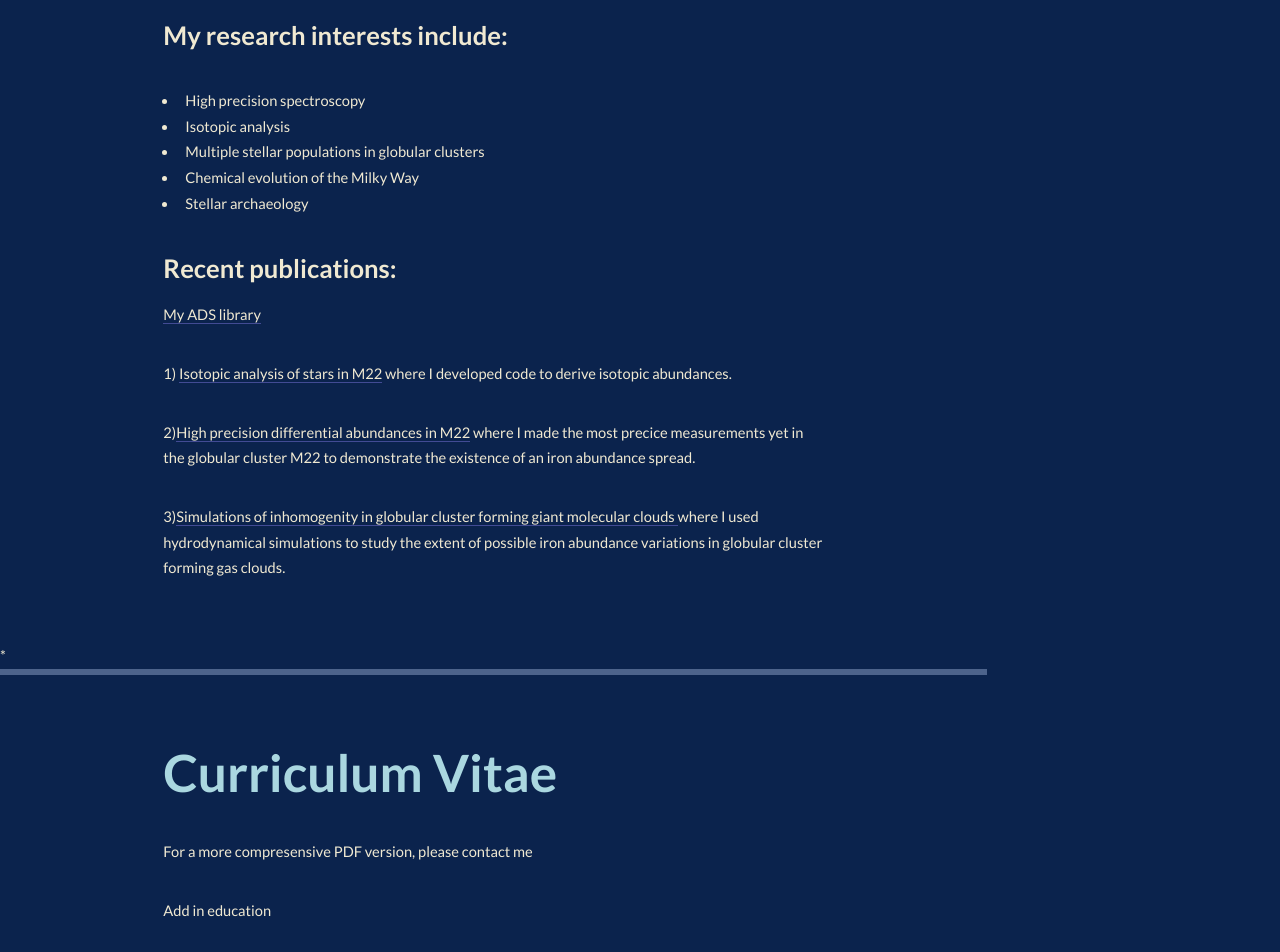
Repository: madeleine-mckenzie/madeleine-mckenzie.github.io
Page: index.html
These files come from the project's save history. The page is drawn as it stood at one moment and after the next save; the edit follows.
The browser window is 1280 px wide. The pictures show the part of the page from y = 1173 to 2125 px (the page is 2989 px tall).
Backgrounds fixed to the window are drawn as part of the page.

Above is the page before, as saved 2023-11-12 16:18:07.

### index.html
<!DOCTYPE HTML>
<!--
    Read Only by HTML5 UP
    html5up.net | @ajlkn
    Free for personal and commercial use under the CCA 3.0 license (html5up.net/license)
-->
<html>
    <head>
        <title>M. McKenzie</title>
        <meta charset="utf-8" />
        <meta name="viewport" content="width=device-width, initial-scale=1, user-scalable=no" />
        <link rel="stylesheet" href="assets/css/main.css" />
        <style>
            /* Custom style */
            body {
                background: url('images/2023_ANU_3MT_20230727_ANU2022 3.jpg') no-repeat center center fixed;
                background-size: cover;
            }
        </style>
    </head>
    <body class="is-preload">

        <!-- Header -->
        <section id="header">
            <header>
                <!-- Avatar image next to name -->
                <span class="image avatar"><img src="images/IG_DP.jpeg" alt="Madeleine L. McKenzie" /></span>
                <h1>Madeleine L. McKenzie</h1>
                <p>PhD candidate at the Australian National University </p>
                <p> <a href="mailto:madeleine.mckenzie@anu.edu.au">madeleine.mckenzie@anu.edu.au</a></p>
            </header>
            <nav id="nav">
                <ul>
                    <li><a href="#one" class="active">About</a></li>
                    <li><a href="#two">My Research</a></li>
                    <li><a href="#three">CV</a></li>
                    <li><a href="#four">Resources</a></li>
                    <li><a href="#five">Contact</a></li>
                </ul>
            </nav>
        </section>

        <!-- Wrapper -->
        <div id="wrapper">

            <!-- Main -->
            <div id="main">

                <!-- One -->
                <section id="one">
                    <div class="image main" data-position="center">
                        <!-- Top banner image -->
                        <img src="images/2023_ANU_3MT_20230727_ANU2022.jpg" alt="" />
                    </div>
                    <div class="container">
                        <header class="major">
                            <h2>Hi!</h2>
                        </header>
                        <p>I'm Madeleine, an Australian astrophysicist interested in all things Milky Way. I was born and raised in Perth, Western Australia,
                            and completed my undergraduate degree and Masters of Astrophysics at the University of Western Australia and International Centre
                            for Radio Astronomy Research. My Masters thesis is titled "Simulating the Formation of Multiple Stellar Populations in Globular Clusters", supervised
                            by Professor Kenji Bekki. I am currently a PhD candidate at the Australian National University, supervised by Dr. David Yong and
                            Professor Mark Krumholz. I primarily work on high precision spectroscopy and isotopic analysis of globular clusters.
                            I am in my final year of my PhD and am currently applying for postdoc positions.
                        </p>
                    </div>
                </section>

                <!-- Two -->
                <section id="two">
                    <div class="container">
                        <header class="major">
                            <h2>My Research</h2>
                        </header>
                        <h3>My research interests include:</h3>
                        <p><ul>
                                <li>High precision spectroscopy</li>
                                <li>Isotopic analysis</li>
                                <li>Multiple stellar populations in globular clusters</li>
                                <li>Chemical evolution of the Milky Way</li>
                                <li>Stellar archaeology</li>
                            </ul>
                        <h3>Recent publications:</h3>
                        <p><a href="https://ui.adsabs.harvard.edu/user/libraries/K8q3Fv2nS-eG0YgK9U_ysw">My ADS library</a></p>

                        <p>1) <a href="https://ui.adsabs.harvard.edu/abs/2023MNRAS.tmp.2870M/abstract">Isotopic analysis of stars in M22</a> where I developed code to
                        derive isotopic abundances.</p>
                        <p>2)<a href="https://ui.adsabs.harvard.edu/abs/2022MNRAS.516.3515M/abstract">High precision differential abundances in M22</a> where I
                        made the most precice measurements yet in the globular cluster M22 to demonstrate the existence of an iron abundance spread.</p>
                        <p>3)<a href="https://ui.adsabs.harvard.edu/abs/2022MNRAS.516.3515M/abstract">Simulations of inhomogenity in globular cluster forming giant
                            molecular clouds </a> where I used hydrodynamical simulations to study the extent of possible iron abundance variations in
                             globular cluster forming gas clouds.</p>
                        </p>

                    </div>*
                </section>

                <!-- three -->
                <section id="three">
                    <div class="container">
                        <header class="major">
                            <h2>Curriculum Vitae</h2>
                        </header>
                        <p>For a more compresensive PDF version, please contact me</p>
                        <p>Add in education</p>
                        <!-- Icons grid here -->
                    </div>
                </section>

                 <!-- four -->
                 <section id="four">
                    <div class="container">
                        <header class="major">
                            <h2>Resources & Outreach</h2>
                        </header>
                        <p>For a more compresensive PDF version, please contact me</p>
                        <!-- Icons grid here -->
                    </div>
                </section>

                <!-- Three -->
                <section id="five">
                    <div class="container">
                        <header class="major">
                            <h2>Get in touch</h2>
                        </header>
                        <p>University email: <a href="mailto:madeleine.mckenzie@anu.edu.au">madeleine.mckenzie@anu.edu.au</a></p>
                        <p>Gmail: <a href="mailto:madeleine.l.mckenzie@gmail.com">madeleine.l.mckenzie@gmail.com</a></p>
                        <p>Twitter: <a href="https://twitter.com/MadellanicCloud" target="_blank">@MadellanicCloud</a></p>
                    </div>
                </section>

            </div>

            <!-- Footer -->
            <section id="footer">
                <div class="container">
                    <ul class="icons">
                        <!-- Social media icons here -->
                        <li><a href="#" class="icon brands fa-twitter"><span class="label">Twitter</span></a></li>
                        <li><a href="#" class="icon brands fa-facebook-f"><span class="label">Facebook</span></a></li>
                        <li><a href="#" class="icon brands fa-instagram"><span class="label">Instagram</span></a></li>
                        <li><a href="#" class="icon brands fa-github"><span class="label">Github</span></a></li>
                        <li><a href="#" class="icon solid fa-envelope"><span class="label">Email</span></a></li>
                    </ul>
                    <ul class="copyright">
                        <li>&copy; M. McKenzie</li>
                        <li>Design: <a href="http://html5up.net">HTML5 UP</a></li>
                    </ul>
                </div>
            </section>

        </div>

        <!-- Scripts -->
        <script src="assets/js/jquery.min.js"></script>
        <script src="assets/js/jquery.scrollex.min.js"></script>
        <script src="assets/js/jquery.scrolly.min.js"></script>
        <script src="assets/js/browser.min.js"></script>
        <script src="assets/js/breakpoints.min.js"></script>
        <script src="assets/js/util.js"></script>
        <script src="assets/js/main.js"></script>

    </body>
</html>

Loaded but not shown: assets/css/fontawesome-all.min.css (library); assets/js/jquery.min.js (library); assets/js/jquery.scrollex.min.js (common file); assets/js/jquery.scrolly.min.js (common file); assets/js/browser.min.js (common file); assets/js/breakpoints.min.js (common file); assets/js/util.js (587 lines, source omitted); assets/js/main.js (159 lines, source omitted); assets/css/main.css (3340 lines, source omitted)

After the next save:
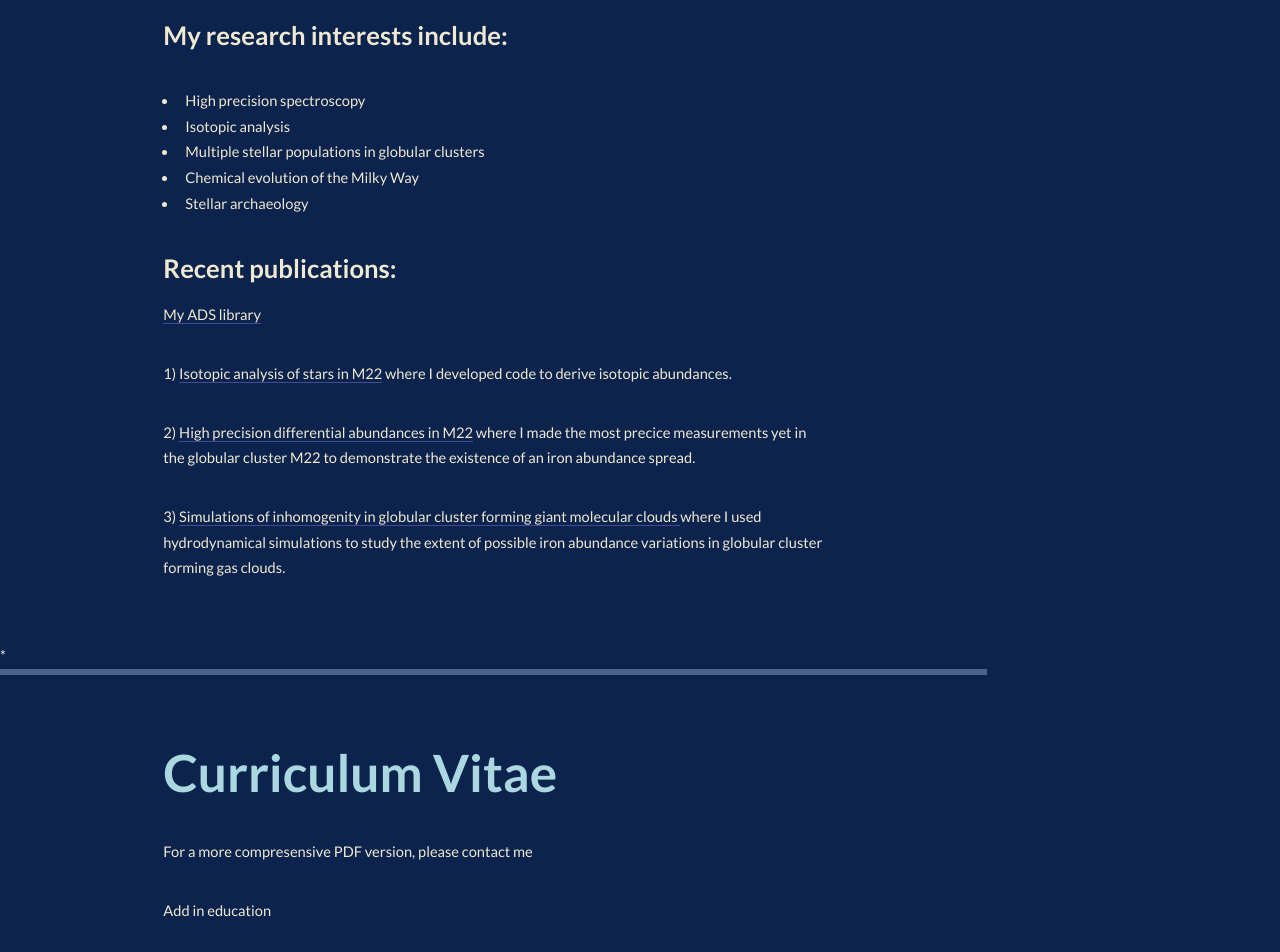
Saved 14 s later.
--- a/index.html
+++ b/index.html
@@ -85,9 +85,9 @@
 
                         <p>1) <a href="https://ui.adsabs.harvard.edu/abs/2023MNRAS.tmp.2870M/abstract">Isotopic analysis of stars in M22</a> where I developed code to
                         derive isotopic abundances.</p>
-                        <p>2)<a href="https://ui.adsabs.harvard.edu/abs/2022MNRAS.516.3515M/abstract">High precision differential abundances in M22</a> where I
+                        <p>2) <a href="https://ui.adsabs.harvard.edu/abs/2022MNRAS.516.3515M/abstract">High precision differential abundances in M22</a> where I
                         made the most precice measurements yet in the globular cluster M22 to demonstrate the existence of an iron abundance spread.</p>
-                        <p>3)<a href="https://ui.adsabs.harvard.edu/abs/2022MNRAS.516.3515M/abstract">Simulations of inhomogenity in globular cluster forming giant
+                        <p>3) <a href="https://ui.adsabs.harvard.edu/abs/2022MNRAS.516.3515M/abstract">Simulations of inhomogenity in globular cluster forming giant
                             molecular clouds </a> where I used hydrodynamical simulations to study the extent of possible iron abundance variations in
                              globular cluster forming gas clouds.</p>
                         </p>
